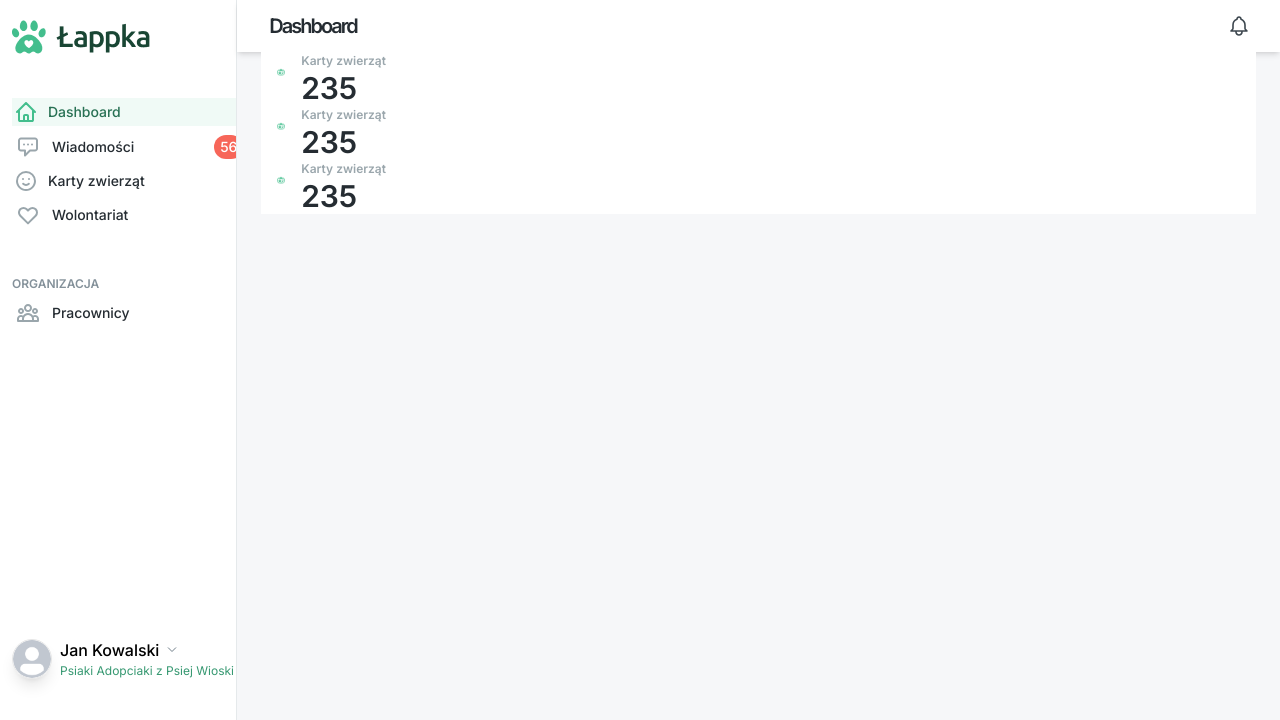
Repository: michalmilek/lappka
Page: /dashboard
These files come from the project's save history. The page is drawn as it stood at one moment and after the next save; the edit follows.
The browser window is 1280 px wide. The pictures show the whole page.
The project was rebuilt for these pictures with package versions that can differ from the ones it lists, and the page was loaded fresh each time. Also part of the build but not shown: src/components/customComponents/FormInput.tsx, src/components/customComponents/Button.tsx, src/components/LoginForm.tsx, src/components/Form/Form.tsx, src/pages/Login.tsx.

Above is the page before, as saved 2023-03-28 13:25:33.

### src/index.tsx
import React from 'react';
import ReactDOM from 'react-dom/client';
import './index.css';
import reportWebVitals from "./reportWebVitals";
import { RouterProvider, createBrowserRouter } from "react-router-dom";
import { ROUTES } from "./router/routes";
import Dashboard from "./pages/Dashboard";
import Login from "./pages/Login";

const router = createBrowserRouter([
  {
    path: ROUTES.HOME,
    element: <Login />,
  },
  {
    path: ROUTES.DASHBOARD,
    element: <Dashboard />,
  },
  /*   {
    path: ROUTES.ANIMALSCARDS,
    element: <LoginSite />,
  }, */
]);

const root = ReactDOM.createRoot(
  document.getElementById("root") as HTMLElement
);
root.render(
  <React.StrictMode>
    <RouterProvider router={router} />
  </React.StrictMode>
);

// If you want to start measuring performance in your app, pass a function
// to log results (for example: reportWebVitals(console.log))
// or send to an analytics endpoint. Learn more: https://bit.ly/CRA-vitals
reportWebVitals();

### src/index.css
@import url(https://fonts.googleapis.com/css?family=Inter:100,200,300,regular,500,600,700,800,900);

@tailwind base;
@tailwind components;
@tailwind utilities;


@layer base {
    *{
        @apply font-Inter
    }
}


@layer components {
    .hoverEffect{
        @apply hover:scale-105 transition-all duration-200 active:scale-95
    }

    .loginButton{
        @apply w-full bg-Primary/PR600 text-lightGray5 font-medium rounded-lg py-2 px-2
    }
    .registerButton{
        @apply w-full bg-white border border-Primary/PR100 text-darkGray2 font-medium rounded-lg py-2 px-2 shadow-registerBtn
    }

    .listLink {
        @apply flex gap-3 items-center tracking-veryVeryTight text-darkGray2 text-sm font-medium px-1 py-1 hover:cursor-pointer transition-all duration-300 hover:bg-gray-200 w-full
    }
}

### src/router/routes.ts
export const ROUTES = {
  HOME: "/",
  DASHBOARD: "/dashboard",
  ANIMALSCARDS: "/animals-cards",
};

### src/pages/Dashboard.tsx
import React from "react";
import Card from "../components/Card/Card";
import Header from "../components/Header";
import Sidebar from "../components/Sidebar/Sidebar";

const Dashboard = () => {
  return (
    <main className="flex">
      <Sidebar />
      <section className="w-full bg-lightGray5">
        <Header />
        <article className="px-6">
          <Card />
          <Card />
          <Card />
        </article>
      </section>
    </main>
  );
};

export default Dashboard;

### src/components/Card/Card.tsx
import React from "react";
import { ReactComponent as AnimalsCardIcon } from "./icons/AnimalsCardIcon.svg";

const Card = () => {
  return (
    <div className="bg-white flex">
      <AnimalsCardIcon className="p-4 flex justify-center items-center rounded-full h-10 w-10" />
      <div>
        <p className="text-midGray4 text-[12px] font-semibold">
          Karty zwierząt
        </p>
        <span className="text-darkGray2 font-semibold text-3xl tracking-veryTight ">
          235
        </span>
      </div>
    </div>
  );
};

export default Card;

### src/components/Header.tsx
import React from "react";
import { ReactComponent as BellIcon } from "./icons/Bell.svg";

const Header = () => {
  return (
    <header className="w-full flex justify-between items-center px-8 py-3 shadow-md bg-white">
      <h1 className="font-semibold text-xl -tracking-widest text-darkGray2">
        Dashboard
      </h1>
      <BellIcon />
    </header>
  );
};

export default Header;

### src/components/Sidebar/Sidebar.tsx
import React, { useState } from "react";
import Logo from "./Logo.png";
import { ReactComponent as HomeIcon } from "./icons/Vector.svg";
import { ReactComponent as MessageIcon } from "./icons/Messages.svg";
import { ReactComponent as AnimalsCards } from "./icons/AnimalsCards.svg";
import { ReactComponent as HeartIcon } from "./icons/Heart.svg";
import { ReactComponent as EmployeesIcon } from "./icons/Workers.svg";
import { ReactComponent as ArrowIcon } from "./icons/Arrow.svg";
import { AnimatePresence, motion as m } from "framer-motion";

const UserMenu = ["test1", "test2", "test3", "test4"];

const Sidebar = () => {
  const [isOpen, setIsOpen] = useState(false);
  return (
    <nav className="border-r border-lightGray3 shadow-md overflow-y-hidden whitespace-nowrap">
      <div className="px-3 py-5 pb-10 min-h-screen flex flex-col min-w-[290px] justify-between items-start">
        <div className="flex flex-col items-start justify-start gap-11 w-[90%]">
          <img
            src={Logo}
            alt="Logo"
          />

          <ul className="flex flex-col items-start justify-center gap-1 w-full">
            <li className="listLink bg-bgGreen !text-Primary/PR700">
              <HomeIcon /> Dashboard
            </li>
            <li className="listLink relative">
              <MessageIcon /> Wiadomości
              <span className="absolute text-sm right-2 bg-orange flex justify-center items-center top-[50%] translate-y-[-50%] rounded-xl p-[2px] px-[6px] text-white">
                56
              </span>
            </li>
            <li className="listLink">
              <AnimalsCards /> Karty zwierząt
            </li>
            <li className="listLink">
              <HeartIcon /> Wolontariat
            </li>
          </ul>

          <div className="flex flex-col items-start justify-center gap-1 w-full">
            <p className="uppercase text-[12px] text-midGray3 font-semibold mb-0">
              Organizacja
            </p>
            <ul className="w-full flex flex-col">
              <li className="listLink">
                <EmployeesIcon /> Pracownicy
              </li>
            </ul>
          </div>
        </div>
        <div className="flex flex-col gap-4">
          <div className="flex gap-2 items-center justify-center">
            <img
              className="w-10 h-10 rounded-full border-opacity01 border shadow-lg"
              src="data:[embedded picture, 3758 characters]"
              alt="avatar"
            />

            <div
              className="flex flex-col items-start justify-center cursor-pointer"
              onClick={() => setIsOpen((prev) => !prev)}>
              <h4 className="flex items-center gap-2 font-medium tracking-veryVeryTight">
                Jan Kowalski{" "}
                <ArrowIcon
                  className={`${
                    isOpen ? "rotate-180" : null
                  } transition-all duration-200`}
                />
              </h4>
              <p className="text-Primary/PR600 text-[12px]">
                Psiaki Adopciaki z Psiej Wioski
              </p>
            </div>
          </div>
          <AnimatePresence>
            {isOpen && (
              <m.ul
                initial={{
                  height: 0,
                  opacity: 0,
                }}
                animate={{
                  height: "auto",
                  opacity: 1,
                }}
                exit={{
                  height: 0,
                  opacity: 0,
                }}
                transition={{
                  type: "tween",
                  ease: "easeIn",
                  stiffness: 100,
                }}>
                {UserMenu.map((item: string) => (
                  <li
                    className="listLink"
                    key={item}>
                    {item}
                  </li>
                ))}
              </m.ul>
            )}
          </AnimatePresence>
        </div>
      </div>
    </nav>
  );
};

export default Sidebar;

### tailwind.config.js
/** @type {import('tailwindcss').Config} */
module.exports = {
  content: ["./src/**/*.{js,jsx,ts,tsx}"],
  theme: {
    extend: {
      colors: {
        "Primary/PR600": "#369871",
        "Primary/PR100": "#E1F5ED",
        "Primary/PR500": "#43BE8D",
        "Primary/PR700": "#287154",
        orange: "#F76659",
        bgGreen: "#F0FAF6",
        "Primary/PR800": "#205B43",
        midGray2: "#6E7C87",
        lightGray1: "#D5DADD",
        lightGray3: "#E5E9EB",
        lightGray4: "#EEF0F2",
        lightGray5: "#F6F7F9",
        midGray5: "#B0BABF",
        midGray4: "#9AA6AC",
        midGray3: "#84919A",
        darkGray2: "#252C32",
      },
      fontFamily: {
        Inter: ["Inter", "sans-serif"],
      },
      letterSpacing: {
        veryTight: "-.006em",
        veryVeryTight: "-0.003em",
        wide18em: "0.018em",
      },
      boxShadow: {
        registerBtn: "0px 1px 2px rgba(16, 24, 40, 0.05)",
      },
      borderColor: {
        opacity01: "rgba(0, 0, 0, 0.1)",
      },
    },
  },
  plugins: [require("@tailwindcss/forms")],
};

Loaded but not shown: public/index.html (common file); src/reportWebVitals.ts (common file)

After the next save:
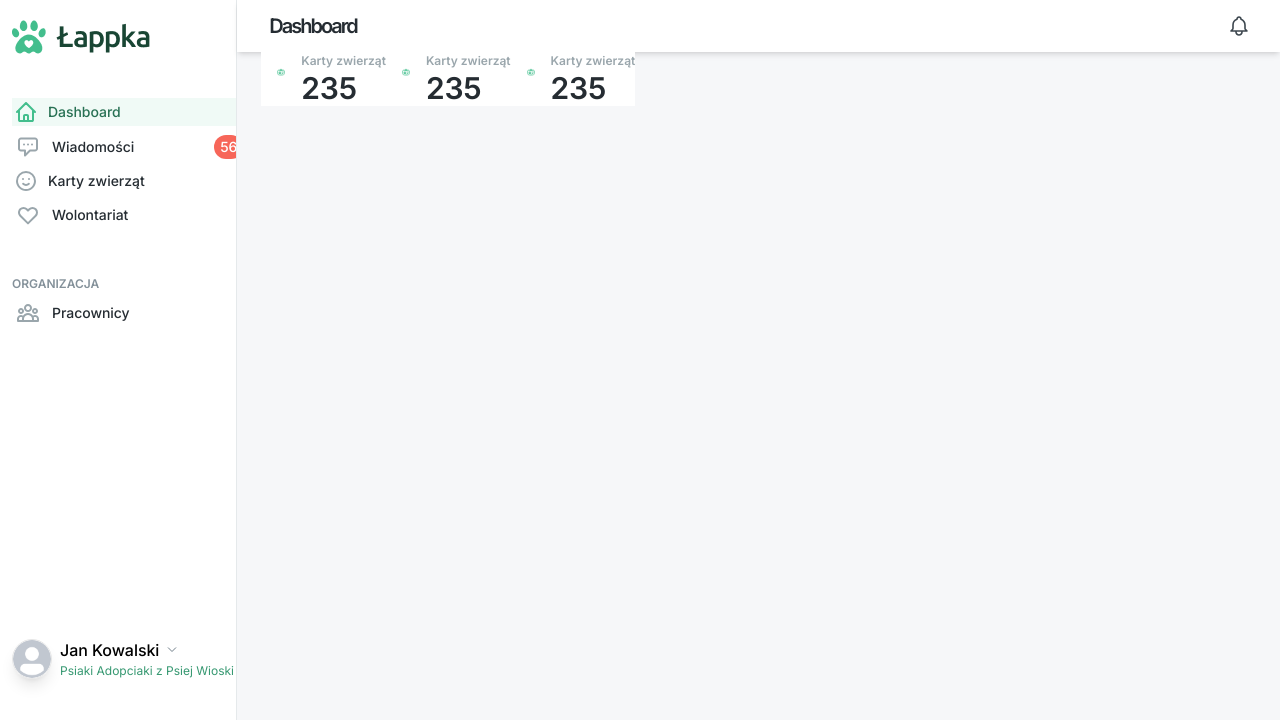
Saved 11 s later.
--- a/src/pages/Dashboard.tsx
+++ b/src/pages/Dashboard.tsx
@@ -9,7 +9,7 @@ const Dashboard = () => {
       <Sidebar />
       <section className="w-full bg-lightGray5">
         <Header />
-        <article className="px-6">
+        <article className="px-6 flex">
           <Card />
           <Card />
           <Card />
